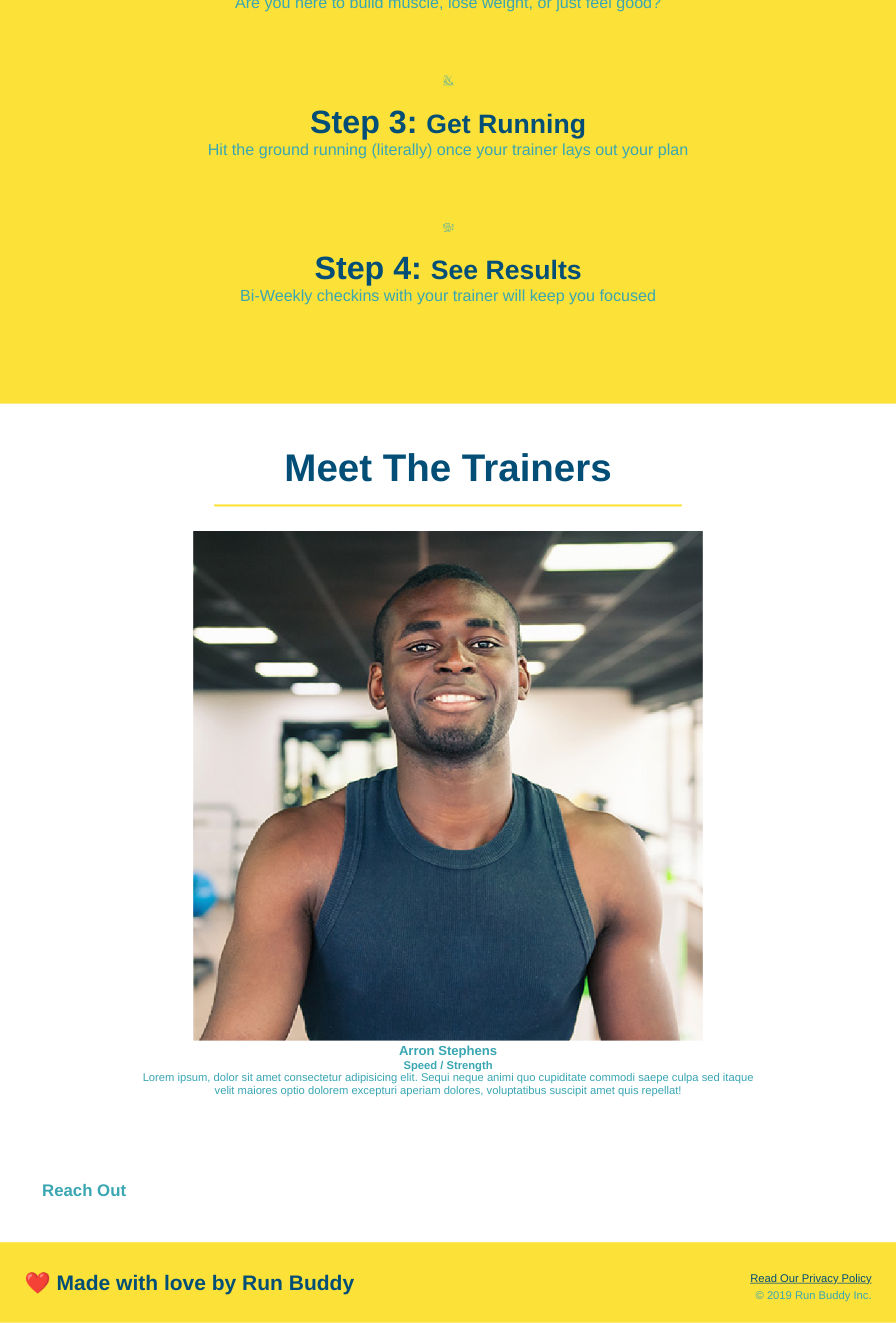
Repository: symlara/run-buddy
Page: index.html
These files come from the project's save history. The page is drawn as it stood at one moment and after a run of saves; the edit follows.
The browser window is 1280 px wide. The pictures show the part of the page from y = 1681 to 3601 px (the page is 3571 px tall before and 3601 px after), at 70% of full size.

Above is the page before, as saved 2020-12-10 13:57:53.

### index.html
<!DOCTYPE html>
<html lang="en">
    <head>
        <link rel="stylesheet" href="./assets/css/style.css" />
        <meta charset="UTF-8"/>
        <title>Run Buddy</title>
    </head>
    <body>
        <!-- navigation -->
        <header>
        <a href="/"><h1>RUN BUDDY</h1></a>
        <nav>
            <!-- Unordered list element -->
            <ul>
                <!-- List item element -->
                <li>
                    <!-- Anchor Element -->
                    <a href="#what-we-do">What We Do</a>
                </li>
                <li>
                    <a href="#what-you-do">What You Do</a>
                </li>
                <li>
                    <a href="#your-trainers">Your Trainers</a>
                </li>
                <li>
                    <a href="#reach-out">Reach Out</a>
                </li>
            </ul>
        </nav>
        </header>

        <!-- hero section -->
        <section class="hero">
        <div class="hero-form">
            <h3>Get Started Today</h3>
            <p>Fill out this form and one of our trainers will schedule a consult</p>
            <!-- Add form elements -->
            <form>
                <label for="name">Enter full name:</label>
                <input type="text" placeholder="Your Name" name="name" id="name" class="form-input" />
                <label for="email">Enter Email Address:</label>
                <input type="email" placeholder="Email Address" name="email" id="email" class="form-input" />
                <label for="phone">Enter a telephone number</label>
                <input type="tel" placeholder="Phone Number" name="phone" id="phone" class="form-input" />
                <p>
                    Have you worked out with a trainer before?
                    <input type="radio" name="trainer-confirm" id="trainer-yes" />
                    <label for="trainer-yes">Yes</label>
                    <input type="radio" name="trainer-confirm" id="trainer-no" />
                    <label for="trainer-no">No</label>
                </p>
                <p>
                    <label for="checkbox">
                    I acknowledge that I am at least 18 years of age.
                    </label>
                    <input type="checkbox" name="age-confirm" id="checkbox" />
                </p>
                <button type="submit">
                    Get running!
                </button>
            </form>
        </div>
    </section>
    <!-- end hero -->

        <!-- hero/jumbotron -->
        <section></section>

        <!-- "what we do" section -->
        <section id="what-we-do" class="intro">
            <h2 class="section-title primary-border">What We Do</h2>
            <p>
                butcher selfies chambray shabby chic gentrify readymade yr Echo Park XOXO Tumblr normcore Banksy direct trade Blue Bottle chillwave you probably haven't heard of them single-origin coffee Vice fanny pack fixie Odd Future Austin fingerstache pickled twee synth Wes Anderson Thundercats viral bitters flannel meggings narwhal Marfa Schlitz sustainable Intelligentsia umami deep v craft
            </p>
        </section>

        <!-- "what you do" section -->
        <section id="what-you-do" class="steps">
            <h2 class="section-title secondary-border">What You Do</h2>

            <div>
                <!-- insert this img element -->
                <img src="./assets/images/step-1.svg" alt="" />
                <h3>Step 1: <span>Fill Out the Form Above.</span></h3>
                <p>You're already here, so why not?</p>
            </div>

            <div>
                <!-- insert this img element -->
                <img src="./assets/images/step-2.svg" alt="" />
                <h3>Step 2: <span>Consult with One of Our Trainers.</span></h3>
                <p>Are you here to build muscle, lose weight, or just feel good?</p>
            </div>

            <div>
                <!-- insert this img element -->
                <img src="./assets/images/step-3.svg" alt="" />
                <h3>Step 3: <span>Get Running</span></h3>
                <p>Hit the ground running (literally) once your trainer lays out your plan</p>
            </div>

            <div>
                <!-- insert this img element -->
                <img src="./assets/images/step-4.svg" alt="" />
                <h3>Step 4: <span>See Results</span></h3>
                <p>Bi-Weekly checkins with your trainer will keep you focused</p>
            </div>
        </section>

        <!-- "meet the trainers" section -->
        <section id="your-trainers" class="trainers">
            <h2 class="section-title primary-border">Meet The Trainers

            </h2>
            <article class="trainer">
                <img src="./assets/images/trainer-1.jpg" alt="Arron Stephens in his workout clothes, ready to pump iron" />
                <div class="trainer-bio">
                    <h3>Arron Stephens</h3>
                    <h4>Speed / Strength</h4>
                    <p>
                        Lorem ipsum, dolor sit amet consectetur adipisicing elit. Sequi neque animi quo cupiditate commodi saepe culpa sed
                        itaque velit maiores optio dolorem excepturi aperiam dolores, voluptatibus suscipit amet quis repellat!
                    </p>
                </div>
            </article>
        </section>

        <!-- "reach out" section -->
        <section>
            <h2>Reach Out</h2>
        </section>

        <!-- footer -->
        <footer>
            <h2>❤️ Made with love by Run Buddy</h2>
            <div>
                <a href="#">Read Our Privacy Policy</a><br />
                &copy; 2019 Run Buddy Inc.
            </div>
        </footer>
    </body>

    </html>

### assets/css/style.css
* {
    margin: 0;
    padding: 0;
    box-sizing: border-box;
}


body {
    /* more on this crazy alphanumerical value in a minute */
    color: #39a6b2;
    font-family: Helvetica, Arial, sans-serif;
}

/* apply styles to header */
header {
    padding: 20px 35px;
    background-color: #39a6b2;
}

header h1 {
    font-weight: bold;
    font-size: 36px;
    color: #fce138;
    margin: 0;
    display: inline;
}

header a {
    text-decoration: none;
    color: #fce138;
}

header nav {
    float: right;
    margin: 7px 0;
}

header nav ul li {
    display: inline;
}

header nav ul li a {
    margin: 0 30px;
    font-weight: lighter;
    font-size: 22px;
}

footer {
    background: #fce138;
    width: 100%;
    padding: 40px 35px;
  }

footer h2 {
    display: inline;
    color: #024e76;
    font-size: 30px;
    margin: 0;
}

footer div {
    float: right;
    line-height: 1.5;
    text-align: right;
}

footer a {
    color: #024e76;
}

section {
    padding: 60px;
}

/* Hero Style Start */
.hero {
    background-image: url("../images/hero-bg.jpg");
    height: 600px;
    background-size: cover;
    background-position: center;
    position: relative;
}
/*The height property fixed at 600px gives an exact size of the section, which is important in this context to allow room for the sign-up form.*/


.hero-form {
    border: solid 3px #024e76;
    background-color: #fce138;
    padding: 20px;
    width: 500px;
    color: #024e76;
    position: absolute;
    bottom: 120px;
    right: 140px;
}

.hero-form h3 {
    font-size: 24px;
    margin: 0;
}

.hero-form p {
    margin: 5px 0 15px 0;
}

.form-input {
    border: 1px solid #024e76;
    display: block;
    padding: 7px 15px;
    font-size: 16px;
    color: #024e76;
    width: 100%;
    margin-bottom: 15px;
}

.hero-form label {
    margin: 0 5px;
}

.hero-form button {
    color: #fce138;
    background-color: #024e76;
    border: none;
    padding: 10px 20px;
    font-size: 16px;
}
/* Hero Style End */

/*What We Do Section */
.intro {
    text-align: center;
}

.intro p {
    line-height: 1.7;
    color: #39a6b2;
    width: 80%;
    font-size: 20px;
    margin: 0 auto;
}

/*What We Do End*/

.section-title {
    display: inline-block;
    font-size: 55px;
    color: #024e76;
    margin-bottom: 35px;
    padding: 0 100px 20px 100px;
    border-bottom: 3px solid;
}

.primary-border {
    border-color: #fce138;
}

.secondary-border {
    border-color: #39a6b2;
}

/* What You Do Section */
.steps {
    text-align: center;
    background: #fce138;
}

.steps div {
    margin-bottom: 80px;
}

.steps img {
    width: 15px;
    margin: 10px 0;
}

.steps h3 {
    color: #024e76;
    font-size: 46px;
    margin-top: 10px;
}

.steps p {
    color: #39a6b2;
    font-size: 23px;
}

.steps span {
    font-size: 38px;
}


/* What You Do End */

/* Your Trainers Section */
.trainers {
    text-align: center;
}

.trainer {
    width: 900px;
    margin: 0 auto
}

After the next 3 saves:
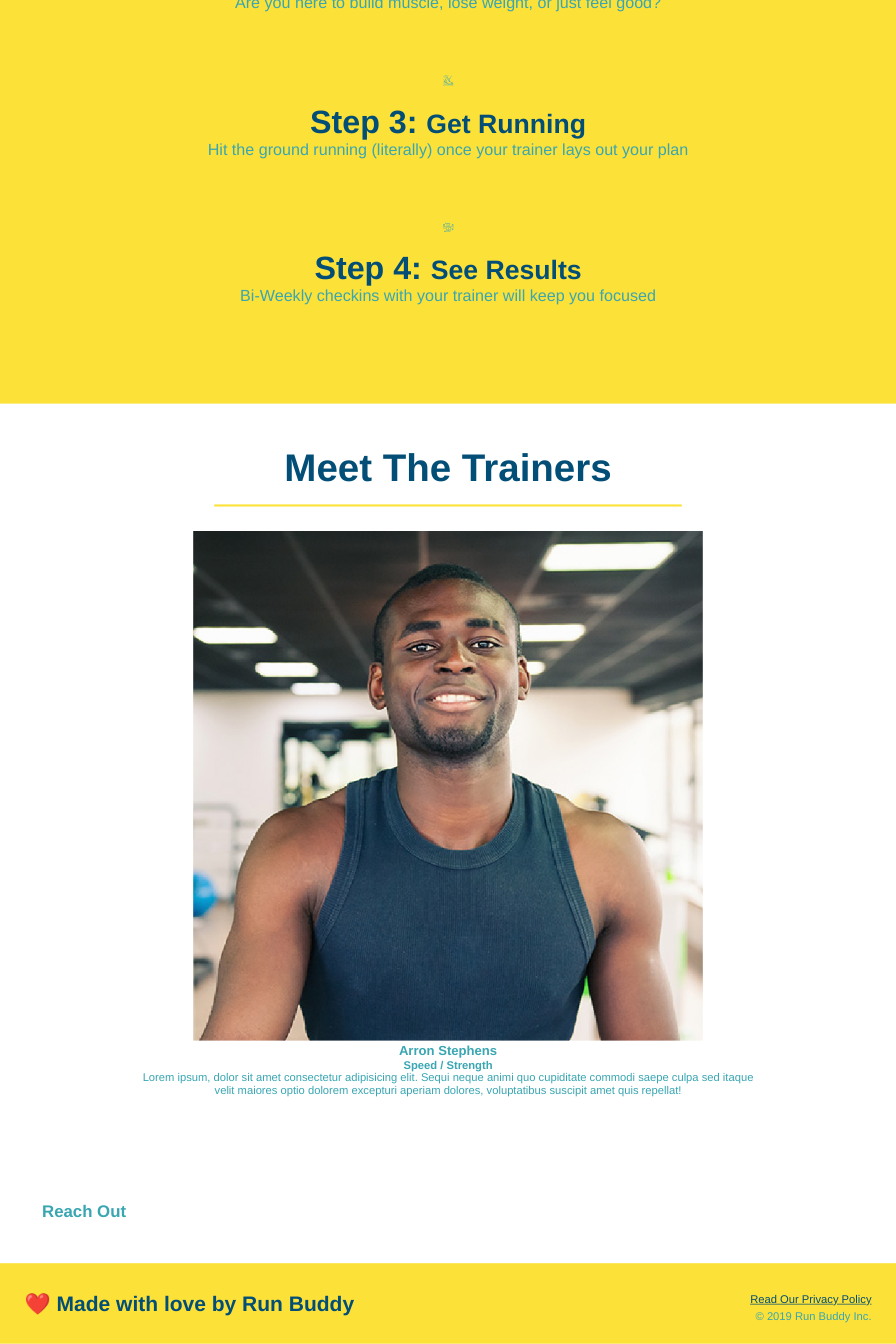
The 3 saves are shown as one change because they came seconds apart.
The last was saved 8 s later.
--- a/assets/css/style.css
+++ b/assets/css/style.css
@@ -198,5 +198,6 @@
 
 .trainer {
     width: 900px;
-    margin: 0 auto
-}
+    margin: 0 auto 30px auto;
+
+}
